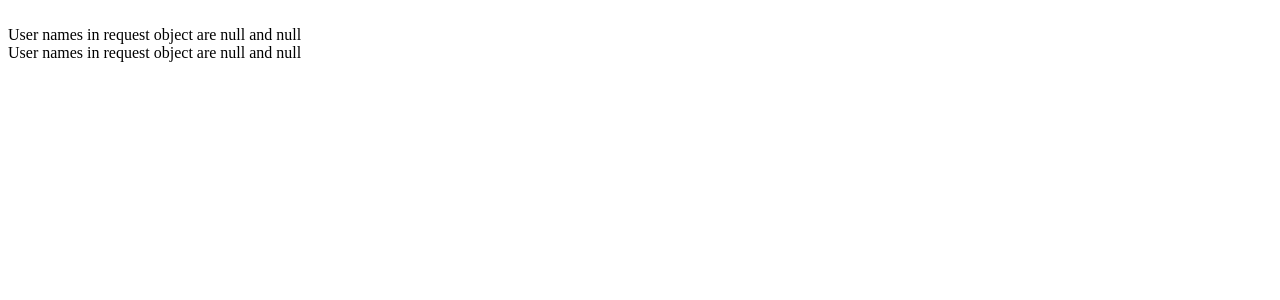
Repository: somakbha/CodeBackUP
Page: http://localhost/SimpleServletProject/objects.jsp
The author's editor kept a copy of each file at every save. The page is drawn from the files as they stood at one save, then again after the next save.
The browser window is 1280 px wide. The pictures show the whole page.
The page is served by Tomcat 9. Other server files are loaded and not shown.

Above is the page before, as saved 2019-06-15 16:07:14.

### JSP-Servlet-by-java-brains/SimpleServletProject/WebContent/objects.jsp
<%@ page language="java" contentType="text/html; charset=UTF-8"
    pageEncoding="UTF-8"%>
<!DOCTYPE html PUBLIC "-//W3C//DTD HTML 4.01 Transitional//EN" "http://www.w3.org/TR/html4/loose.dtd">
<html>
<head>
<meta http-equiv="Content-Type" content="text/html; charset=UTF-8">
<title>Insert title here</title>
</head>
<body>

<%

String username=request.getParameter("uname");

if (username!=null){

	session.setAttribute("session-username", username);
	application.setAttribute("context-username", username);
	pageContext.setAttribute("pagecontext-username", username);

	//The behavior of this variable should be same as request score variable
	pageContext.setAttribute("request-scope-username-using-pagecontext", username,PageContext.REQUEST_SCOPE);

	//The behavior of this variable should be same as session score variable
	pageContext.setAttribute("session-scope-username-using-pagecontext", username,PageContext.SESSION_SCOPE);

	//The behavior of this variable should be same as application score variable

	pageContext.setAttribute("application-scope-username-using-pagecontext", username,PageContext.APPLICATION_SCOPE);
}

%>

</br>

User names in request object are  <%= username%> and <%= request.getParameter("request-scope-username-using-pagecontext")%>

</br>

User names in request object are  <%= username%> and <%= request.getParameter("request-scope-username-using-pagecontext")%>


</body>
</html>

After the next save:
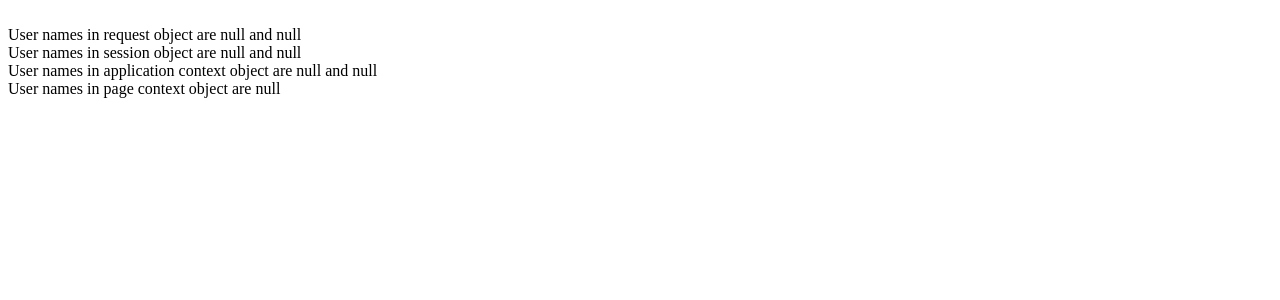
Saved 4 min 8 s later.
--- a/JSP-Servlet-by-java-brains/SimpleServletProject/WebContent/objects.jsp
+++ b/JSP-Servlet-by-java-brains/SimpleServletProject/WebContent/objects.jsp
@@ -37,7 +37,15 @@ User names in request object are  <%= username%> and <%= request.getParameter("r
 
 </br>
 
-User names in request object are  <%= username%> and <%= request.getParameter("request-scope-username-using-pagecontext")%>
+User names in session object are  <%= session.getAttribute("username")%> and <%= session.getAttribute("session-scope-username-using-pagecontext")%>
+
+</br>
+
+User names in application context object are  <%= application.getAttribute("username")%> and <%= session.getAttribute("application-scope-username-using-pagecontext")%>
+
+</br>
+
+User names in page context object are  <%= pageContext.getAttribute("username")%>
 
 
 </body>
